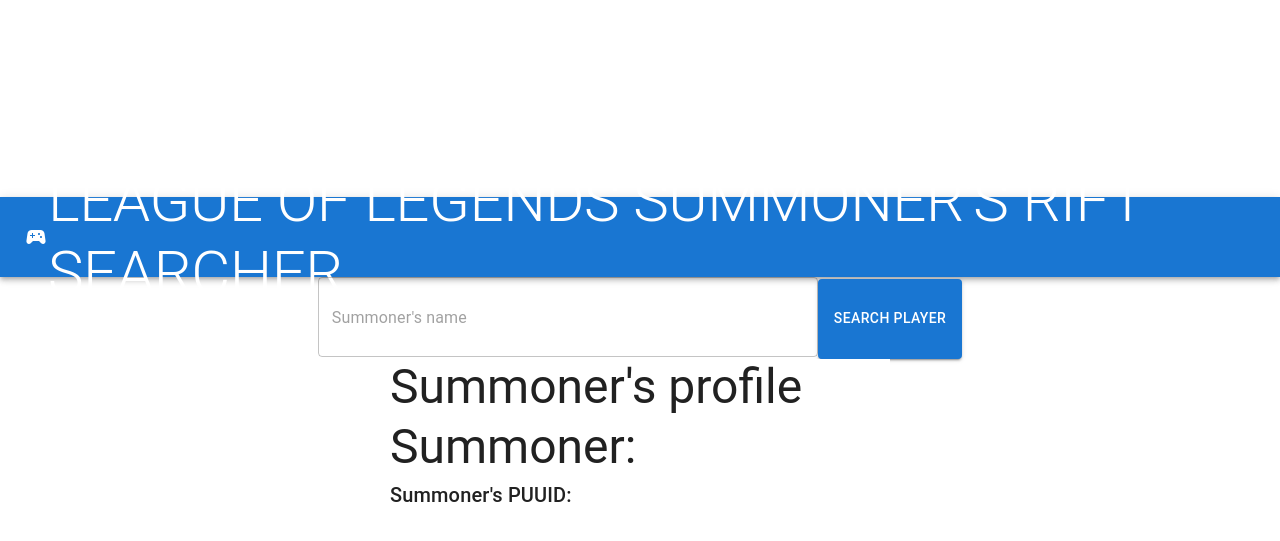
Repository: Mikerr21/League-Of-Legends-API
Page: /
The author's editor kept a copy of each file at every save. The page is drawn from the files as they stood at one save, then again after the next save.
The browser window is 1280 px wide. The pictures show the whole page.
The page's requests for data from a server got no answer. The project was rebuilt for these pictures with package versions that can differ from the ones it lists, and the page was loaded fresh each time. No one was signed in, and anything a server would have sent is missing.

Above is the page before, as saved 2022-09-24 22:33:44.

### public/index.html
<!DOCTYPE html>
<html lang="en">
  <head>
    <meta charset="utf-8" />
    <link rel="icon" href="%PUBLIC_URL%/favicon.ico" />
    <meta name="viewport" content="width=device-width, initial-scale=1" />
    <meta name="theme-color" content="#000000" />
    <meta
      name="description"
      content="Web site created using create-react-app"
    />
    <link rel="apple-touch-icon" href="%PUBLIC_URL%/logo192.png" />

    <title>React App</title>
  </head>
  <body>
    <noscript>You need to enable JavaScript to run this app.</noscript>
    <div id="root"></div>

  </body>
</html>

### src/App.js
import React from "react";
import axios from "axios";
import { useState } from "react";
import { AppBar } from "@mui/material";
import { Toolbar } from "@mui/material";
import { CssBaseline } from "@mui/material";
import SportsEsportsIcon from "@mui/icons-material/SportsEsports";
import OutlinedInput from "@mui/material/OutlinedInput";

import { Typography } from "@mui/material";
import { Button } from "@mui/material";
import { Box } from "@mui/material";

import ListSubheader from "@mui/material/ListSubheader";
import List from "@mui/material/List";
import ListItemButton from "@mui/material/ListItemButton";
import ListItemIcon from "@mui/material/ListItemIcon";
import ListItemText from "@mui/material/ListItemText";
import Collapse from "@mui/material/Collapse";
import InboxIcon from "@mui/icons-material/MoveToInbox";
import DraftsIcon from "@mui/icons-material/Drafts";
import SendIcon from "@mui/icons-material/Send";
import ExpandLess from "@mui/icons-material/ExpandLess";
import ExpandMore from "@mui/icons-material/ExpandMore";
import StarBorder from "@mui/icons-material/StarBorder";
import Grid from "@mui/material/Grid";

function App() {
  const [searchPlayer, setSearchPlayer] = useState("");
  const [playerData, setPlayerData] = useState({});
  const API_KEY = "c4eb3244-2494-4789-a6a3-47b4f6d5b70a";

  function fetchPlayerData(event) {
    var API_KEY = "RGAPI-e5d7e95c-8a4e-4469-bf42-53bc6d1175b3";
    var API_CALL_STRING =
      "https://euw1.api.riotgames.com/lol/summoner/v4/summoners/by-name/" +
      searchPlayer +
      "?api_key=" +
      API_KEY;
    axios
      .get(API_CALL_STRING)
      .then(function (response) {
        //Success

        setPlayerData(response.data);
      })
      .catch(function (error) {
        //Error
        console.log(error);
      });
  }

  return (
    <div className="App">
      <CssBaseline />

      <Grid
        container
        spacing={0}
        direction="column"
        alignItems="center"
        justifyContent="center"
        style={{ minHeight: "100vh" }}
      >
        <CssBaseline />
        <AppBar position="static">
          <Toolbar variant="dense" style={{ height: "80px" }}>
            <SportsEsportsIcon></SportsEsportsIcon>
            <Typography variant="h2" component="h2">
              LEAGUE OF LEGENDS SUMMONER'S RIFT SEARCHER
            </Typography>
          </Toolbar>
        </AppBar>
        <Box>
          <OutlinedInput
            onChange={(e) => setSearchPlayer(e.target.value)}
            type="text"
            placeholder="Summoner's name"
            style={{ height: "80px", width: "500px" }}
          ></OutlinedInput>
          <Button
            onClick={fetchPlayerData()}
            variant="contained"
            style={{ height: "80px" }}
          >
            Search player
          </Button>
        </Box>
        {JSON.stringify(playerData.data)}

        <List
          sx={{ width: "100%", maxWidth: 500, bgcolor: "background.paper" }}
          component="nav"
          aria-labelledby="nested-list-subheader"
          subheader={<Typography variant="h3">Summoner's profile</Typography>}
        >
          {/* <ListItemButton>
        <ListItemIcon>
          <SendIcon />
        </ListItemIcon>
        <ListItemText primary="Sent mail" />
      </ListItemButton>
      <ListItemButton>
        <ListItemIcon>
          <DraftsIcon />
        </ListItemIcon>
        <ListItemText primary="Drafts" />
      </ListItemButton>
        <List component="div" disablePadding>
          <ListItemButton sx={{ pl: 4 }}>
            <ListItemIcon>
              <StarBorder />
            </ListItemIcon>
            <ListItemText primary="Starred" />
          </ListItemButton>
        </List>
     */}
          <ListItemText>
            <Typography variant="h3">Summoner:</Typography>
          </ListItemText>
          <ListItemText>
            <Typography variant="h6">{searchPlayer}</Typography>
          </ListItemText>
          <ListItemText>
            <Typography variant="h6">
              Summoner's PUUID:{playerData.puuid}
            </Typography>
          </ListItemText>
        </List>
      </Grid>
    </div>
  );
}

export default App;

Loaded but not shown: src/index.js (common file)

After the next save:
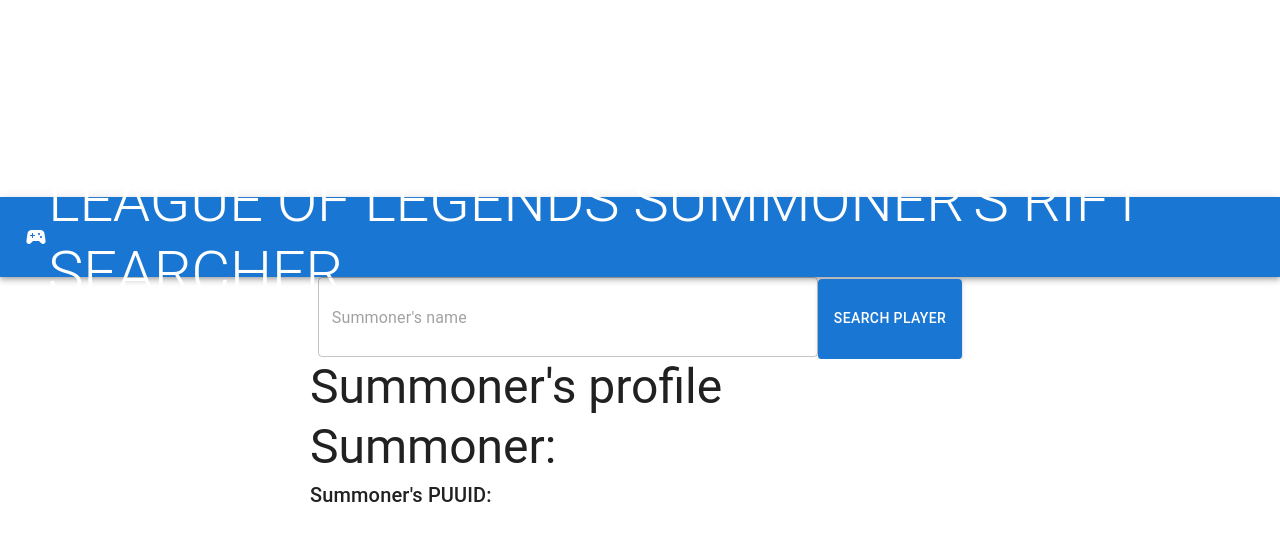
Saved 7 s later.
--- a/src/App.js
+++ b/src/App.js
@@ -89,7 +89,7 @@
         {JSON.stringify(playerData.data)}
 
         <List
-          sx={{ width: "100%", maxWidth: 500, bgcolor: "background.paper" }}
+          sx={{ width: "100%", maxWidth: 660, bgcolor: "background.paper" }}
           component="nav"
           aria-labelledby="nested-list-subheader"
           subheader={<Typography variant="h3">Summoner's profile</Typography>}
